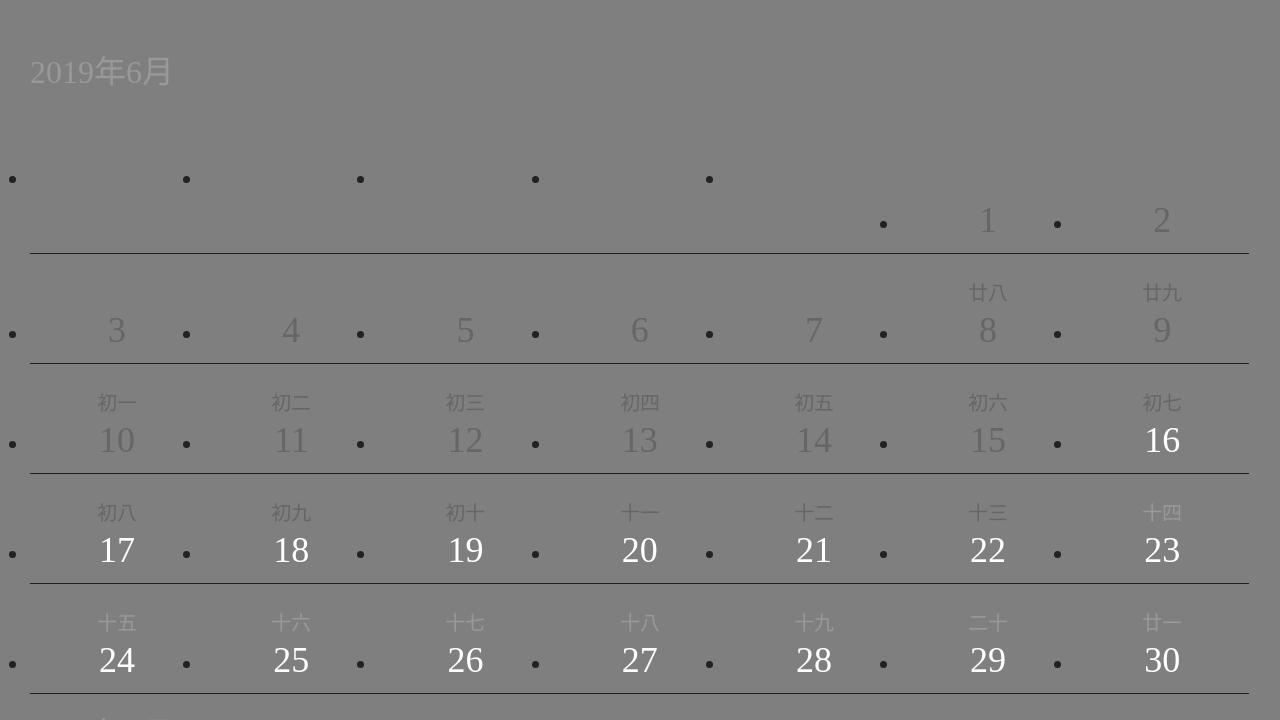
Repository: luotaiqiang/calendar
Page: calendar/index.html
An editor plug-in stored every save of this project. The page is shown before and after the next save, followed by the edit.
The browser window is 1280 px wide. The pictures show the whole page.
Some web libraries are served in a nearby version.

Above is the page before, as saved 2019-07-15 17:04:48.

After the next save:
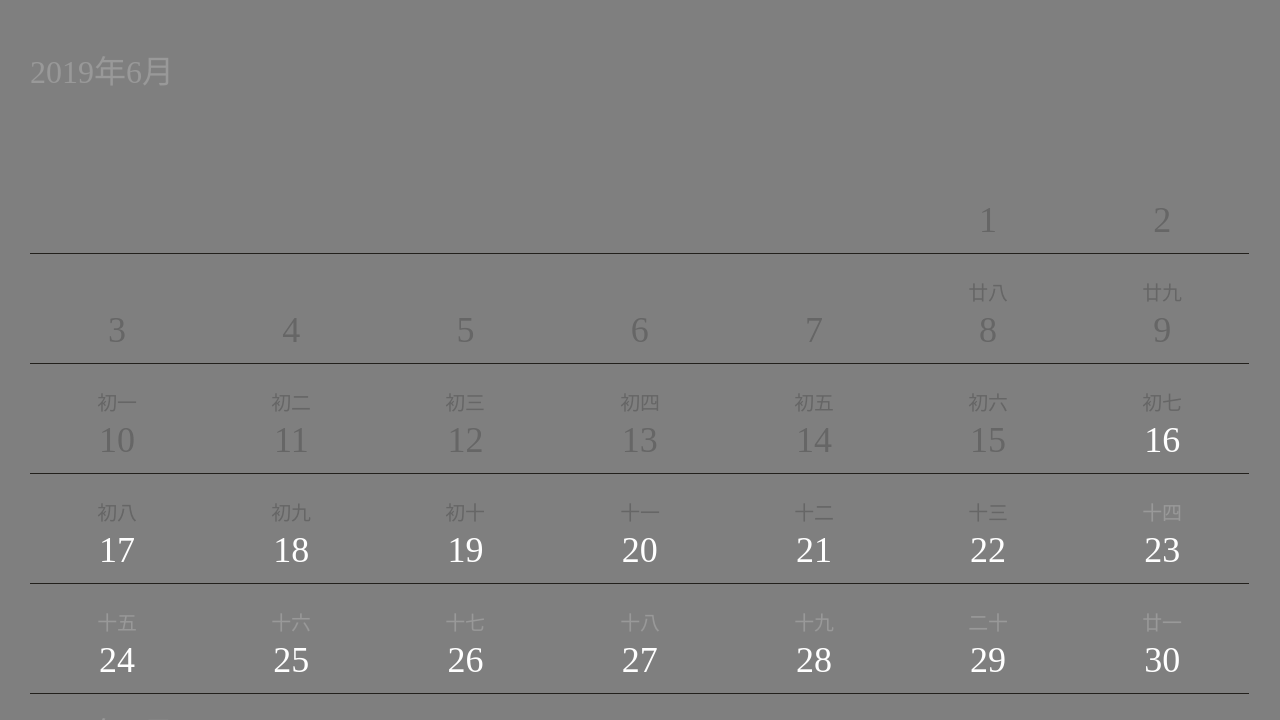
Saved 2 min 53 s later.
--- a/calendar/index.css
+++ b/calendar/index.css
@@ -24,6 +24,9 @@
   a:link,
   a:active {
     text-decoration: none;
+  }
+  li{
+    list-style: none
   }
   .default-img {
     width: 100%;
